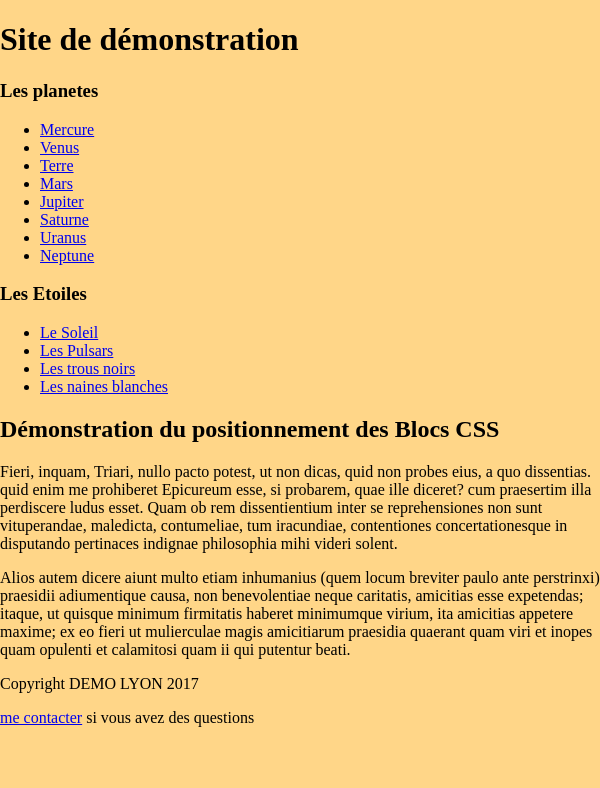
Repository: serviceshuios/-git-reference-java-lyon-worspace
Page: workspaceWeb/ModelePage1/WebContent/index.html
These files come from the project's save history. The page is drawn as it stood at one moment and after the next save; the edit follows.
The browser window is 600 px wide. The pictures show the whole page.

Above is the page before, as saved 2017-04-04 13:10:43.

### workspaceWeb/ModelePage1/WebContent/index.html
<!DOCTYPE html>
<html>
<head>
<meta charset="UTF-8">
<title>modèle 1</title>
<meta name="viewport" content="width=device-width, initial-scale=1.0">
<link rel="stylesheet" href="css/style.css" />
</head>
<body>
	<div id="entete">
		<h1>Site de démonstration</h1>
	</div>
	<div id="nav">
		<div class="block">
			<h3>Les planetes</h3>
			<ul>
				<li><a href="#">Mercure</a></li>
				<li><a href="#">Venus</a></li>
				<li><a href="#">Terre</a></li>
				<li><a href="#">Mars</a></li>
				<li><a href="#">Jupiter</a></li>
				<li><a href="#">Saturne</a></li>
				<li><a href="#">Uranus</a></li>
				<li><a href="#">Neptune</a></li>
			</ul>
		</div>
		<div class="block">
			<h3>Les Etoiles</h3>
			<ul>
				<li><a href="#">Le Soleil</a></li>
				<li><a href="#">Les Pulsars</a></li>
				<li><a href="#">Les trous noirs</a></li>
				<li><a href="#">Les naines blanches</a></li>
			</ul>
		</div>

	</div>
	<div id="content">
	<div class="block">
		<h2>Démonstration du positionnement des Blocs CSS</h2>
		<p>Fieri, inquam, Triari, nullo pacto potest, ut non dicas, quid non probes eius, a quo dissentias. quid enim me prohiberet Epicureum esse, si probarem, quae ille diceret? cum praesertim illa perdiscere ludus esset. Quam ob rem dissentientium inter se reprehensiones non sunt vituperandae, maledicta, contumeliae, tum iracundiae, contentiones concertationesque in disputando pertinaces indignae philosophia mihi videri solent.</p>
		<p>Alios autem dicere aiunt multo etiam inhumanius (quem locum breviter paulo ante perstrinxi) praesidii adiumentique causa, non benevolentiae neque caritatis, amicitias esse expetendas; itaque, ut quisque minimum firmitatis haberet minimumque virium, ita amicitias appetere maxime; ex eo fieri ut mulierculae magis amicitiarum praesidia quaerant quam viri et inopes quam opulenti et calamitosi quam ii qui putentur beati.</p>
	</div>
	<div class="block footer">
		<p>Copyright DEMO LYON 2017</p>
		<a href="mailto:contact@example.com">me contacter</a> si vous avez des questions
	</div>
	</div>
</body>
</html>

### workspaceWeb/ModelePage1/WebContent/css/style.css
@CHARSET "UTF-8";
/*Si la taille de l'écran est inférieure à 681px*/
@media screen and (max-width:680px) {
	body {
		background-color: #ffd688;
		width:100%;
		margin: 0 auto;
	}
}

/*Si la taille de l'écran est comprise entre 681px et 1279px*/
@media screen and (min-width:681px) and (max-width:1279px) {
	body {
		background-color: #0080ff;
	}
}

/*Si la taille de l'écran est supérieure à 1279px*/
@media screen and (min-width:1280px) {
	body {
		width: 960px;
		margin: 0 auto;
		background-color: #a4ffa4;
	}
	#entete {
		border: 1px solid black;
		margin-bottom: 20px;
		padding: 0 20 px;
		text-align: center;
	}
	#nav {
		width: 240px;
		float: left;
	}
	#content {
		width: 700px;
		float: right;
	}
	.block {
		border: 1px solid black;
		margin-bottom: 20px;
		padding: 0 20px;
	}
	.footer {
		text-align: center;
	}
}

After the next save:
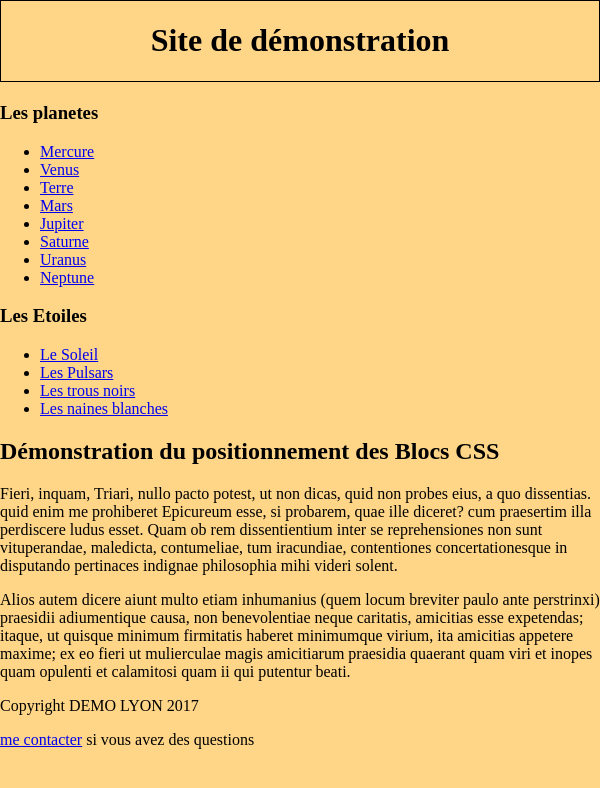
Saved 56 s later.
--- a/workspaceWeb/ModelePage1/WebContent/css/style.css
+++ b/workspaceWeb/ModelePage1/WebContent/css/style.css
@@ -5,6 +5,15 @@
 		background-color: #ffd688;
 		width:100%;
 		margin: 0 auto;
+	}
+	#entete {
+		border: 1px solid black;
+		margin-bottom: 20px;
+		padding: 0 20 px;
+		text-align: center;
+	}
+	#nav {
+		width: 240px;
 	}
 }
 
